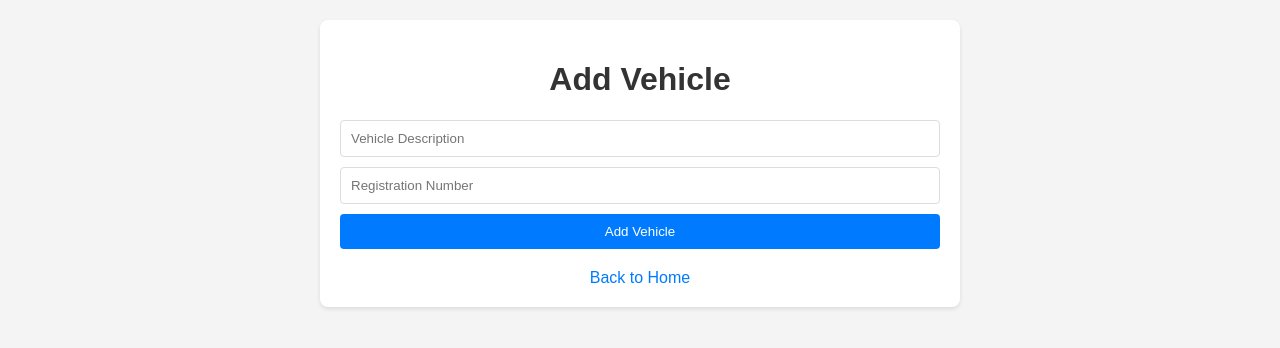
Repository: lasity34/fuel-consumption-api
Page: public/add-vehicle.html
These files come from the project's save history. The page is drawn as it stood at one moment and after the next save; the edit follows.
The browser window is 1280 px wide. The pictures show the whole page.

Above is the page before, as saved 2023-11-30 10:28:07.
Console error: SyntaxError: Cannot use import statement outside a module

After the next save:
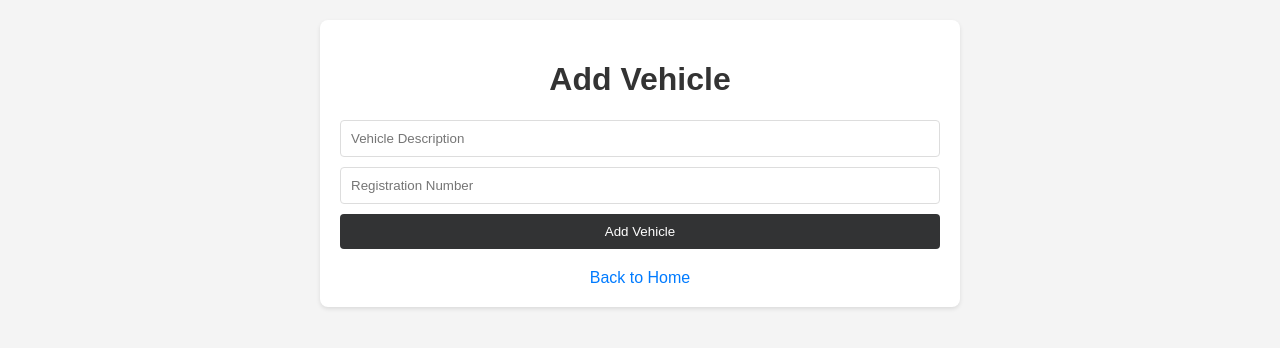
Saved 22 s later.
--- a/public/add-vehicle.css
+++ b/public/add-vehicle.css
@@ -32,7 +32,7 @@ input[type="text"] {
 }
 
 button {
-    background-color: #007bff;
+    background-color: #323334;
     color: white;
     padding: 10px 20px;
     border: none;
@@ -41,7 +41,7 @@ button {
 }
 
 button:hover {
-    background-color: #0056b3;
+    background-color: #5c5c5c;
 }
 
 .message {
